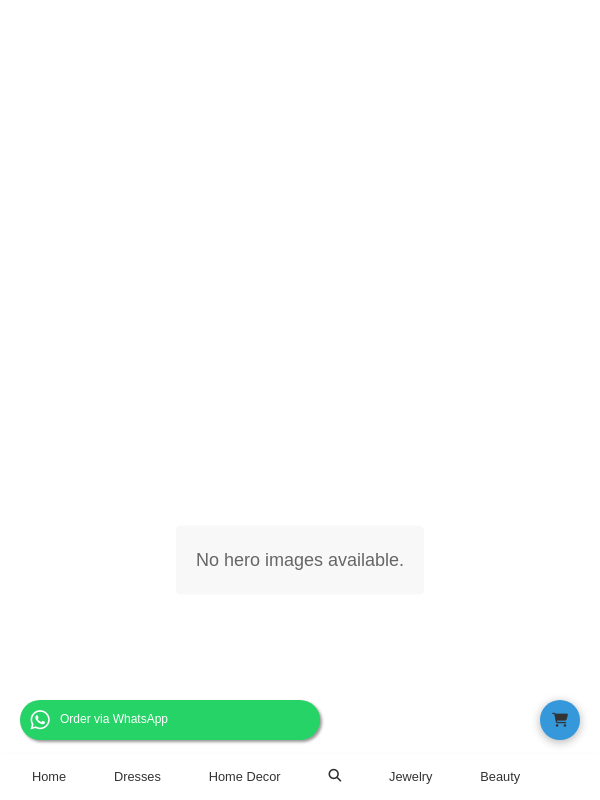
Repository: mrPractise/Elma-Shop
Page: http://localhost/
The author's editor kept a copy of each file at every save. The page is drawn from the files as they stood at one save, then again after the next save.
The browser window is 600 px wide. The pictures show the whole page.
Some web fonts or font styles are not loaded; a fallback is used. The page is served by the project's application, run on Django 5.2 (manage.py). Other server files are loaded and not shown. Queries for data that is not in the repository find no rows.

Above is the page before, as saved 2024-09-29 14:15:50.

### Shop/templatetags/cart_tags.py
from django import template
from Shop.models import Cart, CartItem

register = template.Library()

@register.filter
def cart_item_count(session):
    cart_id = session.get('cart_id')
    if cart_id:
        return CartItem.objects.filter(cart_id=cart_id).count()
    return 0

### Shop/templatetags/category_tags.py


from django import template
from django.urls import reverse

register = template.Library()

@register.simple_tag
def category_url(category):
    url_names = {
        'beauty-products': 'beauty-products',
        'dresses': 'dresses',
        'jewelry': 'jewelry',
        'home-decor': 'home-decor'
    }
    url_name = url_names.get(category.slug, 'category_detail')
    return reverse(url_name, kwargs={'category_slug': category.slug})

### Shop/context_processors.py
# In a new file, e.g., myapp/context_processors.py

from django.conf import settings
import urllib.parse

def whatsapp_url(request):
    phone_number = settings.WHATSAPP_NUMBER
    message = settings.WHATSAPP_MESSAGE
    whatsapp_url = f"https://wa.me/{phone_number}?text={urllib.parse.quote(message)}"
    return {'whatsapp_url': whatsapp_url}

### Shop/cache_control.py
from django.utils.cache import patch_cache_control
from django.conf import settings

def cache_control_middleware(get_response):
    def middleware(request):
        response = get_response(request)
        if request.path.startswith(settings.MEDIA_URL) and request.path.lower().endswith(('.png', '.jpg', '.jpeg', '.gif')):
            patch_cache_control(response, max_age=3600*24*30)  # Cache for 30 days
        return response
    return middleware

### ElmaShop/urls.py
from django.contrib import admin
from django.urls import path, include
from django.conf.urls.static import static
from django.conf import settings

urlpatterns = [
    path('admin/', admin.site.urls),
    path('', include('Shop.urls'))
]

if settings.DEBUG:
    urlpatterns += static(settings.STATIC_URL, document_root=settings.STATIC_ROOT)
    urlpatterns += static(settings.MEDIA_URL, document_root=settings.MEDIA_ROOT)

### static/css/styles.css
/* GENERAL CSS */
@import url("https://fonts.googleapis.com/css2?family=Quicksand:wght@300;400;500;600;700&display=swap");

* {
  margin: 0;
  padding: 0;
  box-sizing: border-box;
}
body {
  font-family: "Quicksand", sans-serif;
  font-weight: 300;
  color: #333;
  line-height: 1.6;
}

/* NAVBAR */
.navbar {
  background-color: #fff;
  padding: 1rem;
  box-shadow: 0 2px 4px rgba(0, 0, 0, 0.1);
  position: sticky;
  top: 0;
  z-index: 1000;
}

.navbar ul {
  list-style-type: none;
  margin: 0;
  padding: 0;
  display: flex;
  justify-content: center;
  align-items: center;
}

.navbar ul li {
  margin: 0 1rem;
}

.navbar ul li a {
  text-decoration: none;
  color: #333;
  font-weight: 400;
  transition: color 0.3s ease;
}

.navbar ul li a:hover {
  color: #e74c3c;
}

.navbar-toggle {
  display: none;
  background: none;
  border: none;
  font-size: 1.5rem;
  cursor: pointer;
}

@media screen and (max-width: 768px) {
  body {
    padding-bottom: 60px; /* Add space for the fixed navbar */
  }

  .navbar {
    position: fixed;
    bottom: 0;
    left: 0;
    right: 0;
    top: auto;
    padding: 0.5rem;
  }

  .navbar ul {
    display: flex;
    flex-direction: row;
    justify-content: space-around;
  }

  .navbar ul li {
    margin: 5px 0;
  }

  .navbar ul li a {
    font-size: 0.8em;
    text-align: center;
    display: flex;
    flex-direction: column;
    align-items: center;
  }

  .navbar ul li a::before {
    font-size: 1.5em;
    margin-bottom: 1px;
  }

  .navbar-toggle {
    display: none; /* Hide the toggle button */
  }
}
  .search-icon {
        cursor: pointer;
    }
    .modal {
    display: none;
    position: fixed;
    z-index: 1000;
    left: 0;
    top: 0;
    width: 100%;
    height: 100%;
    background-color: rgba(0,0,0,0.4);
}

.modal-content {
    background-color: #fefefe;
    margin: 10% auto;
    padding: 20px;
    border: 1px solid #888;
    width: 50%;
    max-width: 500px;
    border-radius: 8px;
    box-shadow: 0 4px 6px rgba(0, 0, 0, 0.1);
}

.close {
    color: #aaa;
    float: right;
    font-size: 28px;
    font-weight: bold;
    cursor: pointer;
}

.close:hover,
.close:focus {
    color: black;
    text-decoration: none;
}

.search-form {
    display: flex;
    margin-top: 20px;
}

.search-form input {
    flex-grow: 1;
    padding: 10px;
    font-size: 16px;
    border: 1px solid #ddd;
    border-right: none;
    border-radius: 4px 0 0 4px;
}

.search-form button {
    padding: 10px 15px;
    background-color: #f8f9fa;
    border: 1px solid #ddd;
    border-radius: 0 4px 4px 0;
    cursor: pointer;
}

/* Responsive styles */
@media screen and (max-width: 768px) {
    .modal-content {
        width: 80%;
        margin: 20% auto;
    }
}

@media screen and (max-width: 480px) {
    .modal-content {
        width: 90%;
        margin: 30% auto;
        padding: 15px;
    }

    .search-form input {
        font-size: 14px;
    }

    .search-form button {
        padding: 8px 12px;
    }


}
/**/
.section {
  min-height: 100vh;
  display: flex;
  flex-direction: column;
  justify-content: center;
  align-items: center;
  padding: 4rem 2rem 2rem;
}

.page-container {
  max-width: 100%;
  margin: 0 auto;
  padding: 1rem;
  min-height: 100vh;
}

.content-wrapper {
  display: grid;
  grid-template-columns: 2fr 5fr;
  gap: 5px;
}

.sidebar {
  flex: 0 0 auto;
  position: sticky;
  top: 65px; /* Adjust this value based on your navbar height */
  height: fit-content;
  overflow: hidden;


}

/* Search_Results Page */
     .search-results-container {
        padding: 20px;
    }
    .search-product-grid {
        display: grid;
        grid-template-columns: repeat(auto-fill, minmax(200px, 1fr));
        gap: 20px;
    }
    .search-product-item {
        border: 1px solid #ddd;
        padding: 10px;
        text-align: center;
    }
    .search-product-image {
        max-width: 100%;
        height: auto;
    }
    .search-pagination {
        margin-top: 20px;
        text-align: center;
    }
    .search-page-link {
        margin: 0 5px;
    }
    .search-current-page {
        font-weight: bold;
    }



.items-page-categories {
  display: flex;
  flex-direction: column;
}

.items-page-category {
  background: none;
border: none;
  padding: 0.5rem;
  cursor: pointer;
  transition: color 0.3s ease;
  overflow:visible;
 margin-bottom: 3px;
 white-space: wrap;
 word-wrap: break-word;

}

.items-page-category:hover,
.items-page-category.active{
  color: #e74c3c;
  background-color:rgb(191, 223, 211);
  border-right: 3px solid goldenrod;
}

.product-header {
  display: flex;
  justify-content: space-between;
  align-items: center;
  margin-bottom: 1rem;
}

.product-count {
  font-weight: bold;
}

.sort-dropdown select {
  padding: 0.5rem;
  border: 1px solid #ccc;
  border-radius: 4px;
}

.product-grid {
  display: grid;
  grid-template-columns: repeat(auto-fill, minmax(200px, 1fr));
  gap: 1rem;
}


.featured-page {
  background-color: #fff;
  border-radius: 10px;
  overflow: hidden;
  box-shadow: 0 4px 8px rgba(0, 0, 0, 0.1);
  margin-bottom: 3rem;
  display: flex;
  align-items: stretch;
}

.page-header {
  text-align: center;
  margin-bottom: 1rem;
  position: relative;
}
.page-title {
  font-family: "Playfair Display", serif;
  font-size: 4rem;
  color: #2c3e50;
  margin-bottom: 1rem;
  position: relative;
  display: inline-block;
}

.page-title::after {
  content: "";
  position: absolute;
  bottom: -10px;
  left: 50%;
  transform: translateX(-50%);
  width: 100px;
  height: 3px;
  background: linear-gradient(to right, #f39c12, #e74c3c);
}
.page-subtitle {
  font-size: 1.2rem;
  color: #7f8c8d;
  font-weight: 300;
}

/* HOME-PAGE */
h2 {
  font-size: 2.5rem;
  margin-bottom: 2rem;
  text-align: center;
}
.see-more {
  margin-top: 2rem;
  padding: 1rem 2rem;
  background-color: #e74c3c;
  color: white;
  text-decoration: none;
  border-radius: 5px;
  transition: background-color 0.3s ease;
}
.see-more:hover {
  background-color: #c0392b;
}

/* Hero Section */
.hero-section {
  display: flex;
  gap: 5px;
  min-height: 100vh; /* Full viewport height */
  overflow: hidden; /* Prevents any overflow */
}

.hero-left,
.hero-right {
  flex: 1;
  display: flex;
  flex-direction: column;
}

.hero-image-container {
  flex: 1;
  overflow: hidden;
  position: relative;
  margin-bottom: 5px; /* Consistent gap */
}

.hero-image {
  width: 100%;
  height: 100%;
  object-fit: cover;
  position: absolute;
  top: 0;
  left: 0;
}

.hero-image-overlay {
  position: absolute;
  bottom: 0;
  left: 0;
  right: 0;
  background: rgba(0, 0, 0, 0.5);
  color: white;
  padding: 10px;
  text-align: center;
}

.hero-image-overlay h3 {
  margin: 0;
  font-size: 1.2em;
}

.hero-image-overlay p {
  margin: 5px 0 0;
  font-size: 0.9em;
}

/* Responsive adjustments */
@media (max-width: 768px) {
  .hero-section {
    flex-direction: column;
    min-height: auto; /* Allow height to adjust based on content */
  }

  .hero-left,
  .hero-right {
    width: 100%;
  }

  .hero-image-container {
    height: 50vh; /* Half viewport height on smaller screens */
  }
}

@media (max-width: 480px) {
  .hero-image-container {
    height: 33vh; /* Shorter on very small screens */
  }

  .hero-image-overlay h3 {
    font-size: 1em;
  }

  .hero-image-overlay p {
    font-size: 0.8em;
  }
}

/* Dresses Section */
.Dresses-section {
  background-color: #f9e7e7;
}
.Dresses-showcase {
  display: flex;
  justify-content: space-around;
  width: 100%;
  max-width: 1200px;
  flex-wrap: wrap;
}
.dress-category {
  text-align: center;
  transition: transform 0.3s ease;
  margin: 1rem;
}
.dress-category:hover {
  transform: translateY(-10px);
}
.dress-category img {
  width: 200px;
  height: 300px;
  object-fit: cover;
  border-radius: 10px;
  box-shadow: 0 4px 8px rgba(0, 0, 0, 0.1);
}
.dress-category h3 {
  margin-top: 1rem;
}

/* Home Decor Section */
.Homedecor-section {
  background-color: #e7f0f9;
}
.decor-grid {
  display: grid;
  grid-template-columns: repeat(auto-fit, minmax(250px, 1fr));
  gap: 2rem;
  width: 80%;
  max-width: 1200px;
}
.decor-item {
  position: relative;
  overflow: hidden;
  border-radius: 10px;
  box-shadow: 0 4px 8px rgba(0, 0, 0, 0.1);
}
.decor-item img {
  width: 100%;
  height: 250px;
  object-fit: cover;
  transition: transform 0.3s ease;
}
.decor-item:hover img {
  transform: scale(1.05);
}
.decor-info {
  position: absolute;
  bottom: 0;
  left: 0;
  right: 0;
  background: rgba(255, 255, 255, 0.9);
  padding: 1rem;
  transform: translateY(100%);
  transition: transform 0.3s ease;
}
.decor-item:hover .decor-info {
  transform: translateY(0);
}

.Jewelry-section {
  background-color: #f9f3e6;
}
.Jewelry-showcase {
  display: grid;
  grid-template-columns: repeat(auto-fit, minmax(280px, 1fr));
  gap: 2rem;
  width: 90%;
  max-width: 1200px;
}
.jewelry-item {
  border-radius: 10px;
  overflow: hidden;
  box-shadow: 0 4px 8px rgba(0, 0, 0, 0.1);
  transition: transform 0.3s ease, box-shadow 0.3s ease;
  display: flex;
  flex-direction: column;
}
.jewelry-item:hover {
  transform: translateY(-5px);
  box-shadow: 0 6px 12px rgba(0, 0, 0, 0.15);
}
.jewelry-image {
  width: 100%;
  height: 300px;
  overflow: hidden;
}
.jewelry-image img {
  width: 100%;
  height: 100%;
  object-fit: cover;
  transition: transform 0.3s ease;
}
.jewelry-item:hover .jewelry-image img {
  transform: scale(1.05);
}
.jewelry-info {
  padding: 1.5rem;
  display: flex;
  flex-direction: column;
  flex-grow: 1;
}
.jewelry-info h3 {
  margin: 0 0 0.5rem;
  color: #333;
  font-size: 1.2rem;
}
.jewelry-info p {
  margin: 0 0 1rem;
  color: #e74c3c;
  font-weight: 400;
}
.jewelry-description {
  font-size: 0.9rem;
  color: #666;
  flex-grow: 1;
}
/* Beauty Section */
.Beauty-Products-section {
  background-color: #f0e7f9;
}


.section-title {
  text-align: center;
  margin-bottom: 2rem;
  color: #333;
  font-size: 2.5rem;
}

.beauty-container {
  margin: 0 auto;
  padding: 0 1rem;
}

.beauty-masonry {
  column-count: 2;
  column-gap: 1rem;
  margin: 0 auto;
  max-width: 100%;
}

.beauty-item {
  break-inside: avoid;
  margin-bottom: 1rem;
  position: relative;
  overflow: hidden;
  width: 100%;
  display: inline-block;
}

.beauty-item img {
  width: 100%;
  display: block;
  transition: transform 0.3s ease;
}

.beauty-item:hover img {
  transform: scale(1.05);
}

.beauty-overlay {
  position: absolute;
  bottom: 0;
  left: 0;
  right: 0;
  background: linear-gradient(to top, rgba(0, 0, 0, 0.7), transparent);
  color: white;
  padding: 1rem;
  transform: translateY(100%);
  transition: transform 0.3s ease;
}

.beauty-item:hover .beauty-overlay {
  transform: translateY(0);
}

.beauty-overlay h3 {
  margin: 0 0 0.5rem;
  font-size: 1.2rem;
}

.beauty-overlay p {
  margin: 0;
  font-size: 0.9rem;
  word-wrap: break-word;
  overflow-wrap: break-word;
  hyphens: auto;
}
@media (max-width: 480px) {
  .beauty-masonry {
    column-count: 1;
  }
}
@media (max-width: 768px) {
  .beauty-item {
    flex: 0 0 calc(50% - 0.5rem);
  }

  .jewelry-showcase {
    grid-template-columns: repeat(auto-fit, minmax(250px, 1fr));
  }
}

/* HOMEDECOR PAGE */
.homedecor-page-container {
  background-color: #e7f0f9;
}

/* PRODUCT-Items */
.product-grid {
  display: grid;
  grid-template-columns: repeat(auto-fill, minmax(250px, 1fr));
  gap: 2rem;
  width: 100%;
}

.product-item {
  background-color: #fff;
  border-radius: 10px;
  overflow: hidden;
  box-shadow: 0 4px 8px rgba(0, 0, 0, 0.1);
  transition: transform 0.3s ease;
  display: flex;
  flex-direction: column;
}

.product-item:hover {
  transform: translateY(-5px);
}

.product-image-container {
  position: relative;
  width: 100%;
  height: 100%;
  padding-top: 100%; /* 1:1 Aspect Ratio */
  overflow: hidden;
}

.product-item img {
  position: absolute;
  top: 0;
  left: 0;
  width: 100%;
  height: 100%;
  object-fit: cover;
  transition: transform 0.3s ease;
}

.product-item:hover img {
  transform: scale(1.05);
}

.product-info {
  padding: 1rem;
  display: flex;
  flex-direction: column;
  flex-grow: 1;
}

.product-desc p {
  word-wrap: break-word; /* Breaks long words */
  overflow: hidden; /* Hides overflow content */
  text-overflow: ellipsis; /* Adds "..." for overflowing text */
  white-space: normal; /* Allows text to wrap to the next line */
  margin: 0; /* Optional: adjust margin */
}

.product-info h3 {
  margin-bottom: 0.5rem;
  font-size: 1.1rem;
  line-height: 1.2;
}

.product-price {
  font-weight: 400;
  color: #e74c3c;
  margin-bottom: 0.5rem;
}

.product-cart {
  display: flex;
  justify-content: space-between;
  align-items: center;
  margin-top: auto;
}

.cart-btn,
.remove-from-cart {
  padding: 0.5rem 1rem;
  border: none;
  border-radius: 5px;
  cursor: pointer;
  transition: background-color 0.3s ease;
}

.cart-btn {
  background-color: #3498db;
  color: white;
}

.cart-btn:hover {
  background-color: #2980b9;
}

.remove-from-cart {
  background-color: #e74c3c;
  color: white;
}

.remove-from-cart:hover {
  background-color: #c0392b;
}

.no-product {
  position: absolute;
  top: 50%;
  height: fit-content;
  left: 50%;
  transform: translate(-50%, -50%);
  text-align: center;
}
.cart-icon {
    position: relative;
    display: inline-block;
}

.cart-counter {
    position: absolute;
    top: -10px;
    right: -10px;
    background-color: #e74c3c;
    color: white;
    border-radius: 50%;
    padding: 2px 6px;
    font-size: 0.7em;
    font-weight: bold;
}



@media screen and (max-width: 768px) {
    .cart-icon {
        position: fixed;
        bottom: 60px;
        right: 20px;
        background-color: #3498db;
        color: white;
        border-radius: 50%;
        width: 40px;
        height: 40px;
        display: flex;
        justify-content: center;
        align-items: center;
        box-shadow: 0 2px 10px rgba(0, 0, 0, 0.3);
        z-index: 1000;
    }

    .cart-icon i {
        font-size: 14px;
    }

    .cart-counter {
        position: absolute;
        top: -5px;
        right: -5px;
        background-color: #e74c3c;
        color: white;
        border-radius: 50%;
        padding: 2px 6px;
        font-size: 0.7em;
        font-weight: bold;
    }
}

@media (max-width: 768px) {

  .no-product {
    top: 70%;
  }
}

.cart-btn,
.remove-from-cart {
  color: white;
  border: none;
  padding: 0.5rem 1rem;
  border-radius: 5px;
  cursor: pointer;
  transition: background-color 0.3s ease;
}
.cart-btn {
  background-color: #3498db;
}
.cart-btn:hover {
  background-color: #2980b9;
}
.remove-from-cart {
  background-color: #e74c3c;
}
.cart-quantity {
  font-weight: 500;
  background-color: #e7d33c;
  color: rgb(34, 31, 31);
  padding: 0.2rem 0.6rem;
  border-radius: 50%;
}

/* CART-PAGE */
.cart-container {
  max-width: 1200px;
  margin: 0 auto;
  padding: 40px 20px;
  display: flex;
  gap: 40px;
}
h1 {
  font-size: 2.5em;
  margin-bottom: 30px;
  color: #2c3e50;
}
.cart-items {
  flex: 3;
}
.cart-item {
  background-color: #fff;
  border-radius: 8px;
  box-shadow: 0 4px 6px rgba(0, 0, 0, 0.1);
  margin-bottom: 20px;
  overflow: hidden;
  transition: transform 0.3s ease;
}
.cart-item:hover {
  transform: translateY(-5px);
}
.item-content {
  display: flex;
  padding: 20px;
}
.item-image {
  width: 100px;
  height: 100px;
  object-fit: cover;
  border-radius: 4px;
  margin-right: 20px;
}
.item-details {
  flex-grow: 1;
}
.item-name {
  font-weight: 500;
  font-size: 1.1em;
  margin-bottom: 5px;
}
.item-price {
  color: #3498db;
  font-weight: 600;
}
.item-quantity {
  display: flex;
  align-items: center;
  margin-top: 10px;
}
.quantity-btn {
  background-color: #f1f3f5;
  color: #333;
  border: none;
  width: 30px;
  height: 30px;
  font-size: 1.2em;
  cursor: pointer;
  transition: background-color 0.3s;
  border-radius: 50%;
}
.quantity-btn:hover {
  background-color: #e9ecef;
}
.quantity-input {
  width: 40px;
  text-align: center;
  margin: 0 10px;
  font-size: 1em;
  border: none;
  background-color: transparent;
}
.item-total {
  font-weight: 800;
  margin-left: 20px;
}
.remove-item {
  background-color: #e74c3c;
  color: white;
  border: none;
  padding: 5px 10px;
  cursor: pointer;
  transition: background-color 0.3s;
  border-radius: 4px;
  font-size: 0.9em;
}
.remove-item:hover {
  background-color: #c0392b;
}
.empty-cart-message,
.empty-cart-summary {
  text-align: center;
  padding: 20px;
  font-size: 18px;
  color: #666;
}

.empty-cart-message {
  background-color: #f8f8f8;
  border-radius: 5px;
}

.cart-summary {
  flex: 1;
  background-color: #fff;
  padding: 20px;
  border-radius: 8px;
  box-shadow: 0 4px 6px rgba(0, 0, 0, 0.1);
  position: sticky;
  top: 20px;
  height: fit-content;
}
.summary-title {
  font-size: 1.5em;
  margin-bottom: 20px;
  color: #2c3e50;
}

.summary-items {
  margin-bottom: 15px;
}
.summary-item {
  display: flex;
  justify-content: space-between;
  margin-bottom: 10px;
}
.summary-item-details {
  flex-grow: 1;
}
.summary-item-name {
  font-weight: 500;
}
.summary-item-quantity {
  font-size: 0.9em;
  font-weight: 400;
  color: #666;
}
.summary-item-total {
  text-align: right;
  font-weight: 600;
}
.summary-subtotal {
  border-top: 1px solid #ddd;
  padding-top: 10px;
  margin-top: 10px;

  font-weight: 700;
}
.summary-total {
  font-size: 1.2em;
  font-weight: 800;
  color: #3498db;
  margin-top: 20px;
  padding-top: 20px;
  border-top: 1px solid #eee;
}
.checkout-btn {
  background-color: #2ecc71;
  color: white;
  border: none;
  padding: 15px 20px;
  font-size: 1em;
  border-radius: 4px;
  cursor: pointer;
  transition: background-color 0.3s;
  width: 100%;
  margin-top: 20px;
  a{
    text-decoration: none;
  }
}
.checkout-btn:hover {
  background-color: #27ae60;
}
.thankyou-container {
    max-width: 800px;
    margin: 0 auto;
    padding: 20px;
    font-family: Arial, sans-serif;
    background-color: #f9f9f9;
    border-radius: 10px;
    box-shadow: 0 0 10px rgba(0,0,0,0.1);
}

.thankyou-order-item {
    background-color: #fff;
    border: 1px solid #ddd;
    border-radius: 5px;
    padding: 15px;
    margin-bottom: 15px;
}

.thankyou-order-item p {
    margin: 5px 0;
    font-size: 1.1em;
}

.thankyou-total {
    font-weight: bold;
    font-size: 2em;
    margin-top: 20px;
      color: #3498db;
}

.thankyou-message {
    text-align: center;
}

.thankyou-button {
    display: block;
    width: 80%;
    max-width: 300px;
    margin: 20px auto;
    padding: 15px;
    text-align: center;
    text-decoration: none;
    font-size: 1.2em;
    border-radius: 5px;
    transition: background-color 0.3s ease;
}

.thankyou-whatsapp-button {
    background-color: #25D366;
    color: white;
}

.thankyou-whatsapp-button:hover {
    background-color: #128C7E;
}

.continue-shopping-button {
    background-color: #3498db;
    color: white;
}

.continue-shopping-button:hover {
    background-color: #2980b9;
}

.checkout-actions {
    margin-top: 20px;
    display: flex;
    justify-content: space-between;
}

.button {
    padding: 10px 20px;
    font-size: 16px;
    border: none;
    border-radius: 5px;
    cursor: pointer;
    text-decoration: none;
    display: inline-block;
    text-align: center;
    transition: background-color 0.3s ease;
}

.continue-shopping-button {
    background-color: #4CAF50;
    color: white;
}

.continue-shopping-button:hover {
    background-color: #45a049;
}

.cancel-order-button {
    background-color: #f44336;
    color: white;
}

.cancel-order-button:hover {
    background-color: #d32f2f;
}

@media (max-width: 600px) {
    .thankyou-container {
        padding: 10px;
    }

    .thankyou-container h1 {
        font-size: 2em;
    }

    .thankyou-container h2 {
        font-size: 1.5em;
    }

    .thankyou-button {
        width: 100%;
    }
}

   .whatsapp-float {
        position: fixed;
        bottom: 40px;
        right: 40px;
        display: flex;
        align-items: center;
        background-color: #25d366;
        color: #FFF;
        border-radius: 50px;
        text-decoration: none;
        transition: all 0.3s;
        z-index: 100;
        box-shadow: 2px 2px 3px #999;
        overflow: hidden;
        max-width: calc(100% - 80px); /* Prevent full width on small screens */
    }

    .whatsapp-float-icon {
        width: 60px;
        height: 60px;
        display: flex;
        align-items: center;
        justify-content: center;
        font-size: 30px;
        flex-shrink: 0;
    }

    .whatsapp-float-text {
        padding-right: 20px;
        font-size: 14px;
        opacity: 0;
        max-width: 0;
        overflow: hidden;
        transition: all 0.3s;
        white-space: nowrap;
    }

    .whatsapp-float:hover {
        background-color: #128C7E;
    }

    .whatsapp-float:hover .whatsapp-float-text {
        opacity: 1;
        max-width: 200px; /* Adjust based on your text length */
    }

    @keyframes showText {
        0%, 100% { opacity: 0; max-width: 0; }
        10%, 90% { opacity: 1; max-width: 200px; } /* Adjust based on your text length */
    }

    .whatsapp-float .whatsapp-float-text {
        animation: showText 6s infinite;
    }

    @media screen and (max-width: 767px) {
        .whatsapp-float {
            bottom: 60px;
            left: 20px;
            max-width: 300px;
        }

        .whatsapp-float-icon {
            width: 40px;
            height: 40px;
            font-size: 22px;
        }

        .whatsapp-float-text {
            font-size: 12px;
            padding-right: 10px;
        }

        @keyframes showText {
            0%, 100% { opacity: 0; max-width: 0; }
            10%, 90% { opacity: 1; max-width: 250px; } /* Smaller max-width for mobile */
        }
    }




.messages-container {
    position: fixed;
    top: 20px;
    right: 20px;
    z-index: 1000;
    max-width: 300px;
}

.message {
    margin-bottom: 10px;
    padding: 15px;
    border-radius: 4px;
    display: flex;
    align-items: center;
    box-shadow: 0 2px 4px rgba(0,0,0,0.2);
    animation: slideIn 0.5s ease-out;
}

@keyframes slideIn {
    from {
        transform: translateX(100%);
        opacity: 0;
    }
    to {
        transform: translateX(0);
        opacity: 1;
    }
}


/* Checkout Page Styles */

.checkout-container {
    max-width: 800px;
    margin: 0 auto;
    padding: 20px;
    font-family: Arial, sans-serif;
    background-color: #f9f9f9;
    border-radius: 8px;
    box-shadow: 0 0 10px rgba(0,0,0,0.1);
}

h1 {
    color: #333;
    text-align: center;
    margin-bottom: 20px;
}

h2 {
    color: #444;
    margin-top: 30px;
    margin-bottom: 15px;
    border-bottom: 2px solid #ddd;
    padding-bottom: 10px;
}

form {
    margin-bottom: 30px;
}

form p {
    margin-bottom: 15px;
}

form label {
    display: block;
    margin-bottom: 5px;
    font-weight: bold;
    color: #555;
}

form input[type="text"],
form textarea {
    width: 100%;
    padding: 10px;
    border: 1px solid #ddd;
    border-radius: 4px;
    font-size: 16px;
}

.checkout-item {
    display: flex;
    align-items: center;
    margin-bottom: 20px;
    background-color: #fff;
    padding: 15px;
    border-radius: 6px;
    box-shadow: 0 2px 5px rgba(0,0,0,0.05);
}

.checkout-item-image {
    width: 80px;
    height: 80px;
    object-fit: cover;
    border-radius: 4px;
    margin-right: 15px;
}

.checkout-item-details {
    flex-grow: 1;
}

.checkout-item-details p {
    margin: 5px 0;
    color: #333;
}

.checkout-item-details p:first-child {
    font-weight: bold;
    font-size: 18px;
}

form h3 {
    text-align: right;
    margin-top: 20px;
    font-size: 20px;
    color: #333;
}

button[type="submit"] {
    display: block;
    width: 100%;
    padding: 15px;
    background-color: #4CAF50;
    color: white;
    border: none;
    border-radius: 4px;
    font-size: 18px;
    cursor: pointer;
    transition: background-color 0.3s ease;
}

button[type="submit"]:hover {
    background-color: #45a049;
}
.location-options {
    display: flex;
    flex-direction: column;
    gap: 10px;
    margin-bottom: 20px;
}
.checkout-p{

  font-weight: 800;
  color: #27ae60;
}
.location-option {
    display: flex;
    align-items: center;
}

.location-option input[type="radio"] {
    margin-right: 10px;
}

.location-option label {
    display: flex;
    align-items: center;
    cursor: pointer;
}

#custom-address-option {
    margin-bottom: 20px;
}

#custom-address-field {
    margin-top: 10px;
}
/* Responsive adjustments */
@media (max-width: 600px) {
    .checkout-container {
        padding: 15px;
    }

    .checkout-item {
        flex-direction: column;
        align-items: flex-start;
    }

    .checkout-item-image {
        width: 100%;
        height: auto;
        margin-right: 0;
        margin-bottom: 15px;
    }

    .checkout-item-details {
        width: 100%;
    }
}

@media (max-width: 768px) {
  .cart-container {
    flex-direction: column;
  }
  .cart-summary {
    position: static;
    order: -1;
    margin-bottom: 20px;
  }
}

Loaded but not shown: Shop/templatetags/custom_filters.py (common file); Shop/views.py (390 lines, source omitted); templates/home.html (184 lines, source omitted); templates/navbar.html (82 lines, source omitted); Shop/urls.py (20 lines, source omitted); templates/whatsappicon.html (20 lines, source omitted)

After the next save:
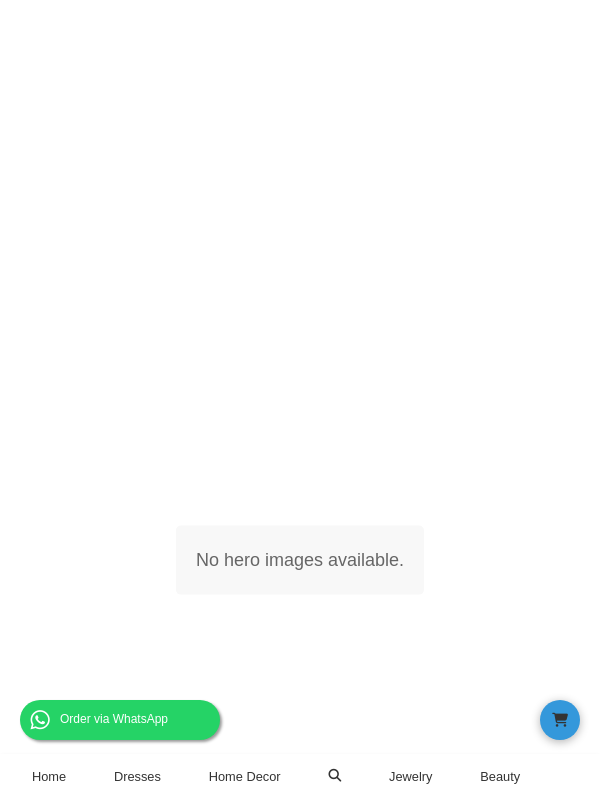
Saved 18 s later.
--- a/static/css/styles.css
+++ b/static/css/styles.css
@@ -1212,7 +1212,7 @@ h1 {
         .whatsapp-float {
             bottom: 60px;
             left: 20px;
-            max-width: 300px;
+            max-width: 200px;
         }
 
         .whatsapp-float-icon {
